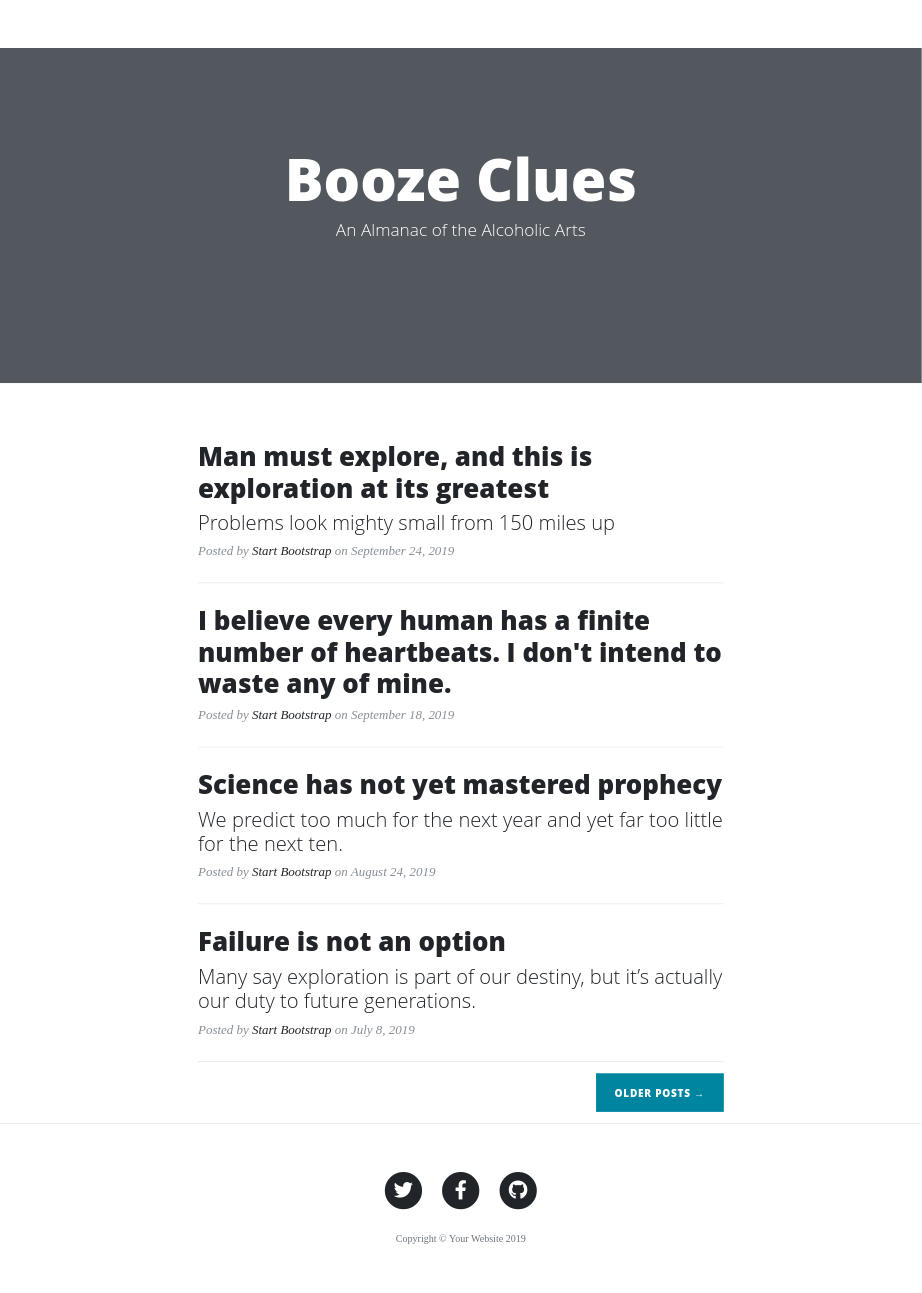
Repository: LiamB123/Booze-Clues
Page: http://localhost/
The author's editor kept a record of every edit. The page is drawn from the files as they stood at one moment, then again after the next edit.
The browser window is 1280 px wide. The pictures show the whole page, at 72% of full size.
Some web fonts or font styles are not loaded; a fallback is used. The page is served by the project's application, run on Flask 3 (app.py).

Above is the page before.

After the next edit:
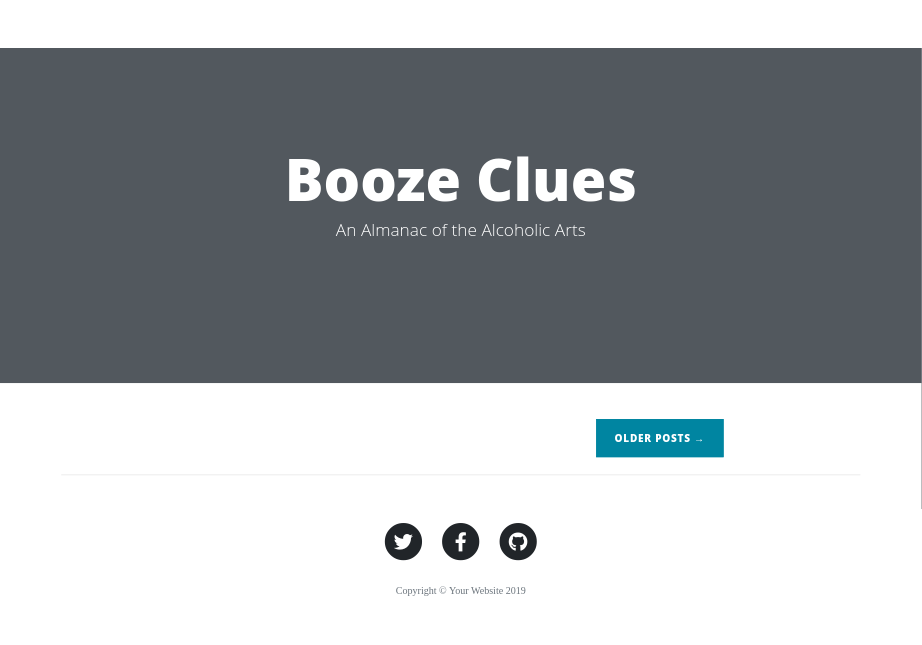
The edit:
--- a/templates/base.html
+++ b/templates/base.html
@@ -72,56 +72,7 @@
       {% block content %}
       {% endblock %}
 
-              Man must explore, and this is exploration at its greatest
-            </h2>
-            <h3 class="post-subtitle">
-              Problems look mighty small from 150 miles up
-            </h3>
-          </a>
-          <p class="post-meta">Posted by
-            <a href="#">Start Bootstrap</a>
-            on September 24, 2019</p>
-        </div>
-        <hr>
-        <div class="post-preview">
-          <a href="post.html">
-            <h2 class="post-title">
-              I believe every human has a finite number of heartbeats. I don't intend to waste any of mine.
-            </h2>
-          </a>
-          <p class="post-meta">Posted by
-            <a href="#">Start Bootstrap</a>
-            on September 18, 2019</p>
-        </div>
-        <hr>
-        <div class="post-preview">
-          <a href="post.html">
-            <h2 class="post-title">
-              Science has not yet mastered prophecy
-            </h2>
-            <h3 class="post-subtitle">
-              We predict too much for the next year and yet far too little for the next ten.
-            </h3>
-          </a>
-          <p class="post-meta">Posted by
-            <a href="#">Start Bootstrap</a>
-            on August 24, 2019</p>
-        </div>
-        <hr>
-        <div class="post-preview">
-          <a href="post.html">
-            <h2 class="post-title">
-              Failure is not an option
-            </h2>
-            <h3 class="post-subtitle">
-              Many say exploration is part of our destiny, but it’s actually our duty to future generations.
-            </h3>
-          </a>
-          <p class="post-meta">Posted by
-            <a href="#">Start Bootstrap</a>
-            on July 8, 2019</p>
-        </div>
-        <hr>
+
         <!-- Pager -->
         <div class="clearfix">
           <a class="btn btn-primary float-right" href="#">Older Posts &rarr;</a>
@@ -136,7 +87,7 @@
   <footer>
     <div class="container">
       <div class="row">
-        <div class="col-lg-8 col-md-10 mx-auto">
+        <div class="col-lg-4 col-md-10 mx-auto">
           <ul class="list-inline text-center">
             <li class="list-inline-item">
               <a href="#">
